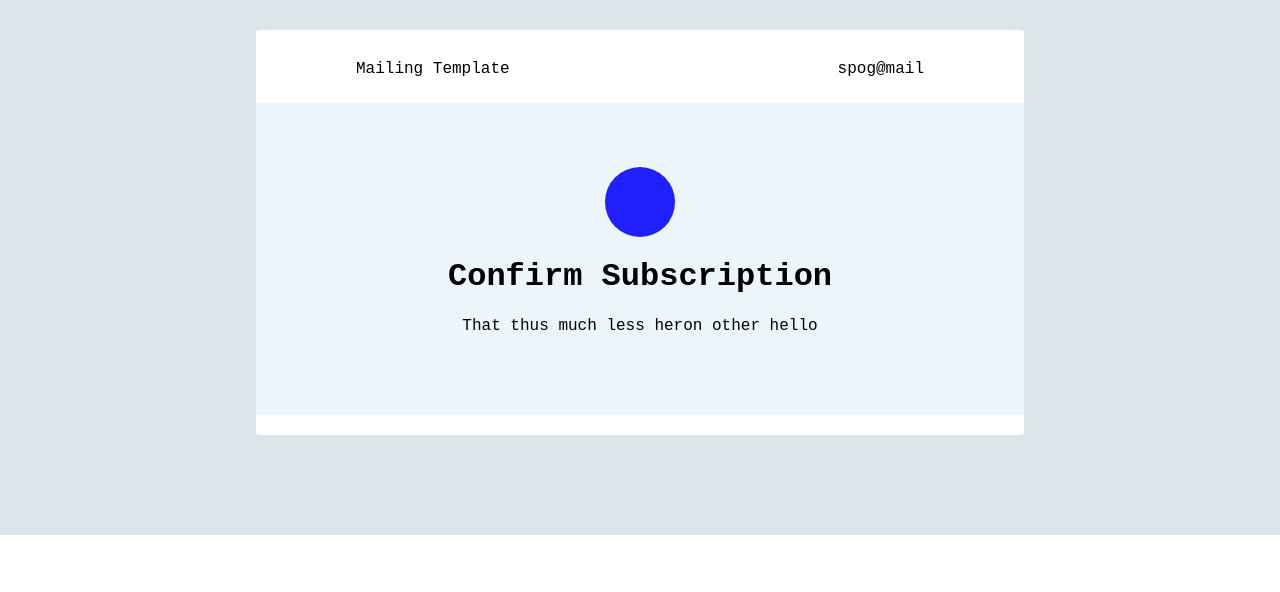
Repository: Lecon-Git/Appmail-Template
Page: mail.html
An editor plug-in stored every save of this project. The page is shown before and after the next save, followed by the edit.
The browser window is 1280 px wide. The pictures show the whole page.

Above is the page before, as saved 2021-11-01 21:42:16.

After the next save:
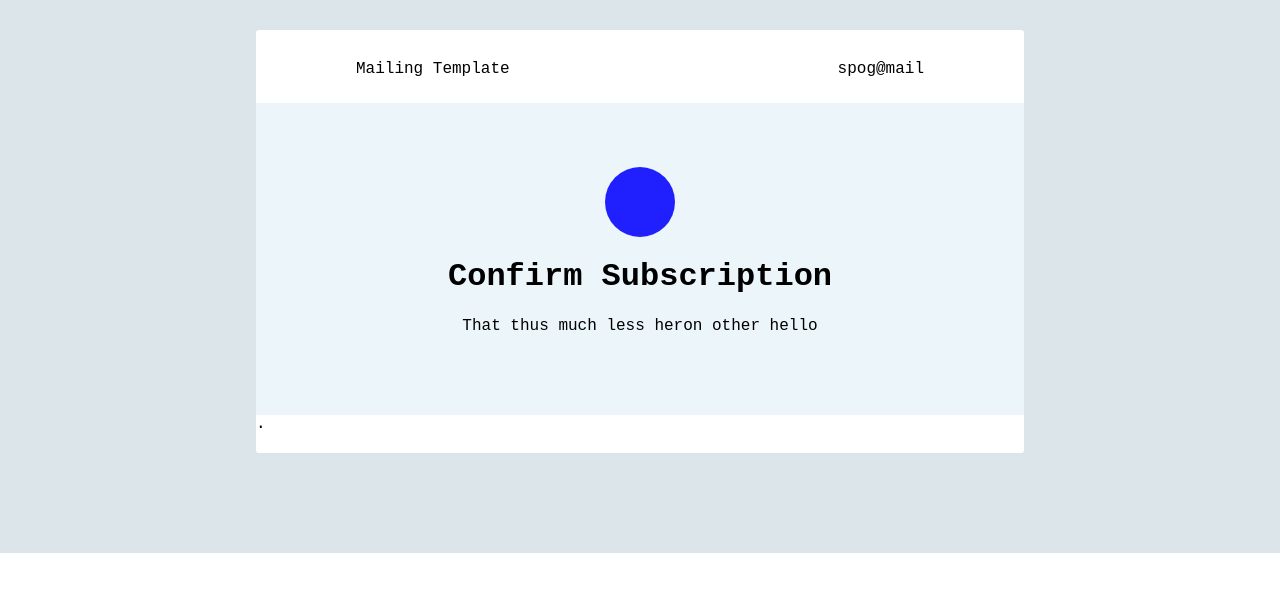
Saved 12 s later.
--- a/mail.html
+++ b/mail.html
@@ -21,9 +21,9 @@
                 <h1>Confirm Subscription</h1>
                 <p>That thus much less heron other hello</p>
             </div>
-                        <div class="premium">
-
-                        </div>
+            <div class="premium">
+                .
+            </div>
         </div>
     </div>
 </body>
